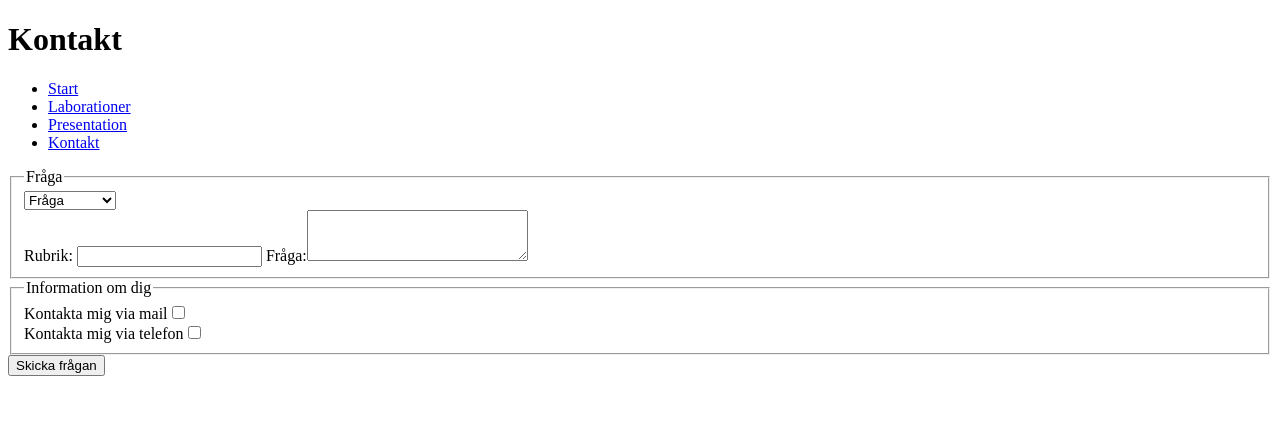
Repository: ulfek/laborationer
Page: pages/kontakt.html
The author's editor kept a record of every edit. The page is drawn from the files as they stood at one moment, then again after the next edit.
The browser window is 1280 px wide. The pictures show the whole page.

Above is the page before.

After the next edit:
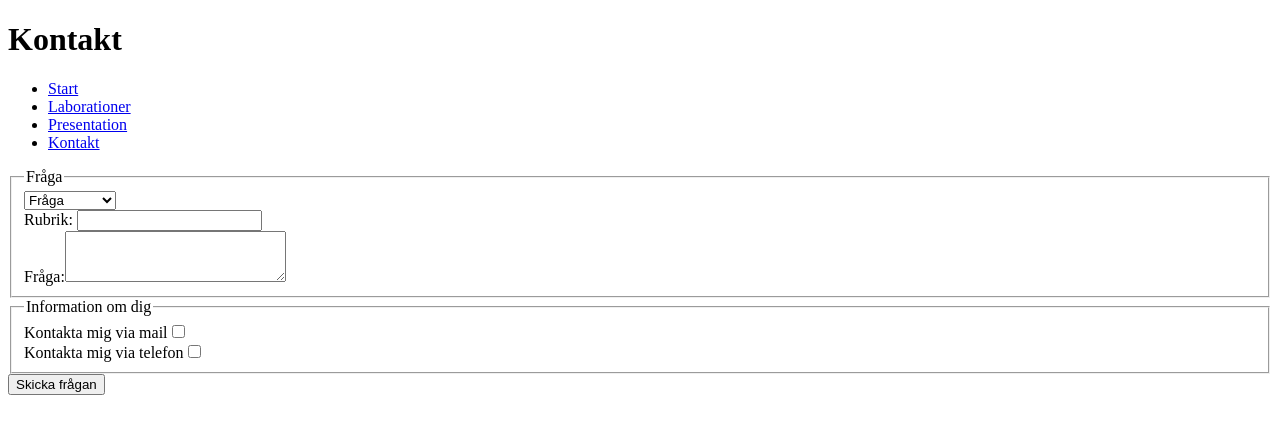
The edit:
--- a/pages/kontakt.html
+++ b/pages/kontakt.html
@@ -21,7 +21,7 @@
                 <option value=supportn>Support</option>
             </select>
             <br>Rubrik: <input type=text" name="rubrik">
-            Fråga:<textarea rows="3" cols="25"></textarea>
+            <br>Fråga:<textarea rows="3" cols="25"></textarea>
             </fieldset>
             <fieldset>
             <legend>Information om dig</legend>
